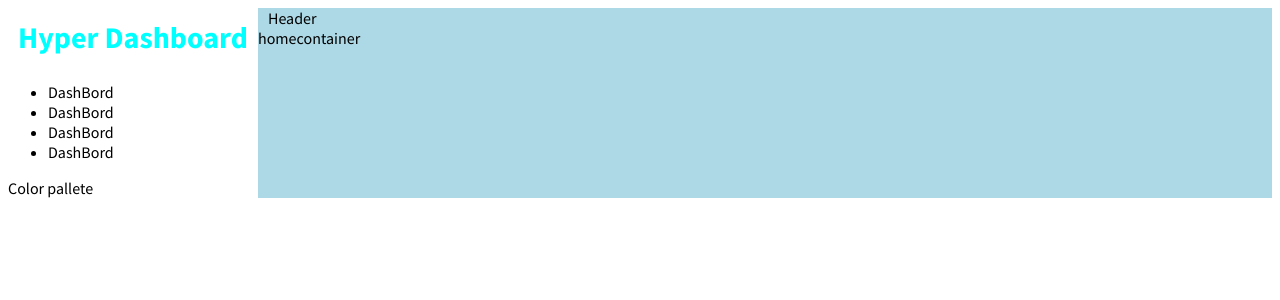
Repository: kenyi-mic/DashBoard
Page: /
The author's editor kept a copy of each file at every save. The page is drawn from the files as they stood at one save, then again after the next save.
The browser window is 1280 px wide. The pictures show the whole page.
The project was rebuilt for these pictures with package versions that can differ from the ones it lists, and the page was loaded fresh each time.

Above is the page before, as saved 2022-05-16 20:46:04.

### public/index.html
<!DOCTYPE html>
<html lang="en">

<head>
  <meta charset="utf-8" />
  <meta name="viewport" content="width=device-width, initial-scale=1" />
  <meta name="theme-color" content="#000000" />
  <meta name="description" content="Web site created using create-react-app" />
  <link rel="preconnect" href="https://fonts.googleapis.com">
  <link rel="preconnect" href="https://fonts.gstatic.com" crossorigin>
  <link
    href="https://fonts.googleapis.com/css2?family=Nunito:wght@200;300;400;500;600;700;800;900&family=Source+Sans+Pro:wght@200;300;400;600;700;900&display=swap"
    rel="stylesheet">
  <title>Hyper Dashboard</title>
  <style>
    * {
      font-family: 'Nunito', sans-serif;
      font-family: 'Source Sans Pro', sans-serif;
    }
  </style>
</head>

<body>
  <div id="root"></div>

</body>

</html>

### src/App.js
import Home from "./pages/home/Home";

function App() {
  return (
    <div className="App">
      <Home />
    </div>
  );
}

export default App;

### src/pages/home/Home.jsx
import React from "react";
import Header from "../../components/Header/Header";
import Sidebar from "../../components/sidebar/Sidebar";
import "./home.scss";

function Home() {
  return (
    <div className="home">
      <Sidebar />
      <div className="homeContainer">
        <Header />
        homecontainer
      </div>
    </div>
  );
}

export default Home;

### src/components/Header/Header.jsx
import React from 'react'
import './header.scss'

function Header() {
  return (
    <div className="header">Header</div>
  )
}

export default Header

### src/components/sidebar/Sidebar.jsx
import React from 'react'
import './sidebar.scss'

function Sidebar() {
  return (
    <div className="sidebar">
        <div className="top">
            <span className="logo">Hyper Dashboard</span>
        </div>
        <div className="center">
            <ul>
                <li>DashBord</li>
                <li>DashBord</li>
                <li>DashBord</li>
                <li>DashBord</li>
            </ul>
        </div>
        <div className="bottom">
            Color pallete
        </div>
    </div>
  )
}

export default Sidebar

### src/pages/home/home.scss
.home{
    display: flex;
    .homeContainer{
        background-color: lightblue;
        flex:6;
    }
}

### src/components/Header/header.scss
.header{
    margin:0px 10px;
}

### src/components/sidebar/sidebar.scss
.sidebar{
    .top{
        display: flex;
        align-items:center;
        justify-content:center;
        padding:10px;
        .logo{
            color:cyan;
            font-size: 30px;
            font-weight: bold;
        ;
        }
    }
}

Loaded but not shown: src/index.js (common file)

After the next save:
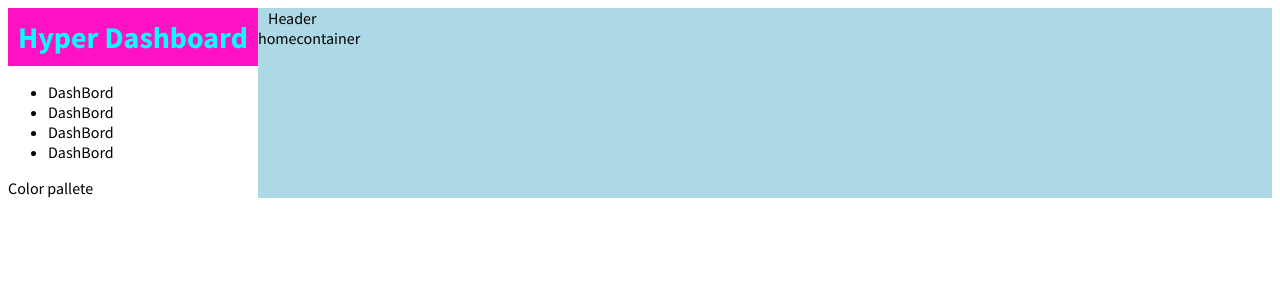
Saved 41 s later.
--- a/src/components/sidebar/sidebar.scss
+++ b/src/components/sidebar/sidebar.scss
@@ -4,6 +4,7 @@
         align-items:center;
         justify-content:center;
         padding:10px;
+        background-color: #ff12c3;
         .logo{
             color:cyan;
             font-size: 30px;
